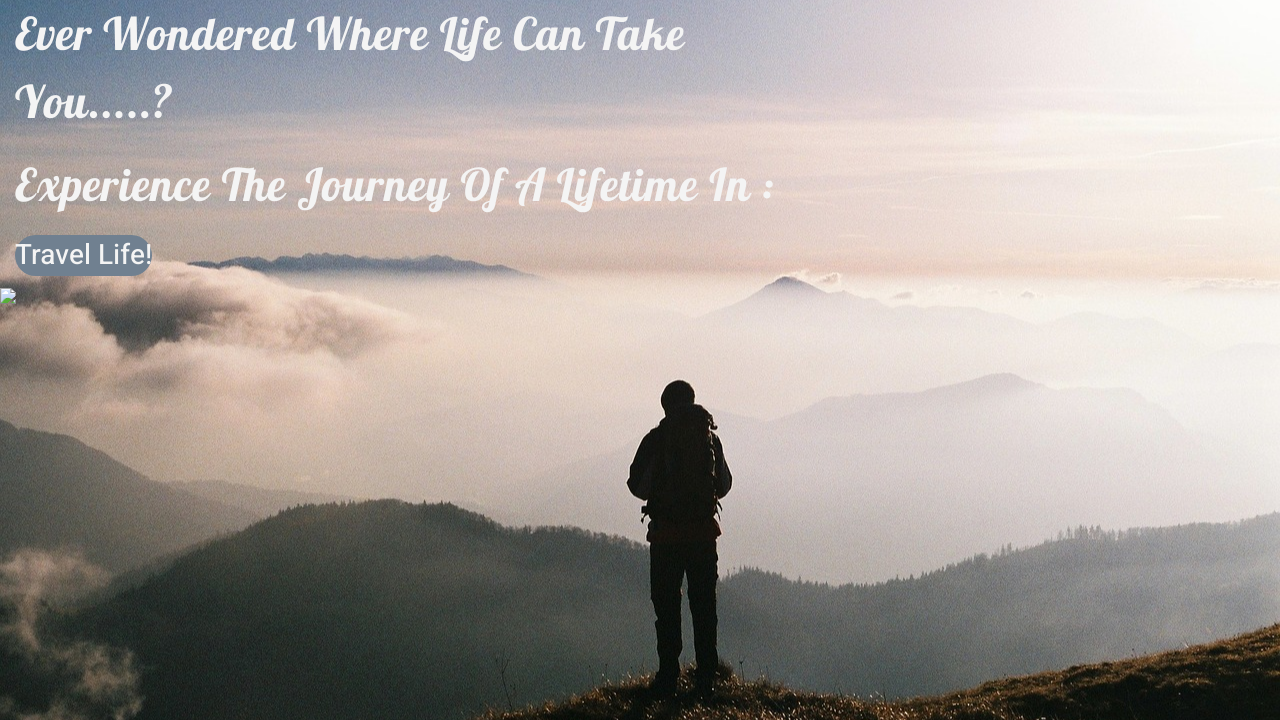
Repository: Code-Institute-Submissions/Travel-Life
Page: index.html
The author's editor kept a record of every edit. The page is drawn from the files as they stood at one moment, then again after the next edit.
The browser window is 1280 px wide. The pictures show the whole page.

Above is the page before.
Not found: assets/images/nepal.jpg

### index.html
<!DOCTYPE html>
<html lang="en">

<head>
    <meta charset="UTF-8">
    <meta name="viewport" content="width=device-width, initial-scale=1.0">
    <meta http-equiv="X-UA-Compatible" content="ie=edge">
    <link rel="stylesheet" href="https://stackpath.bootstrapcdn.com/bootstrap/4.4.1/css/bootstrap.min.css" integrity="sha384-Vkoo8x4CGsO3+Hhxv8T/Q5PaXtkKtu6ug5TOeNV6gBiFeWPGFN9MuhOf23Q9Ifjh" crossorigin="anonymous">
    <link href="https://stackpath.bootstrapcdn.com/font-awesome/4.7.0/css/font-awesome.min.css" rel="stylesheet" integrity="sha384-wvfXpqpZZVQGK6TAh5PVlGOfQNHSoD2xbE+QkPxCAFlNEevoEH3Sl0sibVcOQVnN" crossorigin="anonymous">
    <link rel="stylesheet" href="assets/css/style.css" type="text/css" />
    <title>Travel Life</title </head>

    <body>
        <header class="container-fluid">
            <div class="row">
                <div class="col-md-8">
                    <p class="capitalize">Ever wondered where life can  take you.....?</p>
                    <p class="capitalize">experience the journey of a lifetime in : <a href=""><span class="title"><h3>Travel Life!</h3></span></a></p>
                </div>
                <div class="col-md-8">
                    <div class="row ">
                        <img src="./assets/images/nepal.jpg"></img>
                    </div>
                </div>
        </header>
        </div>
        <script src="https://code.jquery.com/jquery-3.4.1.slim.min.js" integrity="sha384-J6qa4849blE2+poT4WnyKhv5vZF5SrPo0iEjwBvKU7imGFAV0wwj1yYfoRSJoZ+n" crossorigin="anonymous"></script>
        <script src="https://cdn.jsdelivr.net/npm/popper.js@1.16.0/dist/umd/popper.min.js" integrity="sha384-Q6E9RHvbIyZFJoft+2mJbHaEWldlvI9IOYy5n3zV9zzTtmI3UksdQRVvoxMfooAo" crossorigin="anonymous"></script>
        <script src="https://stackpath.bootstrapcdn.com/bootstrap/4.4.1/js/bootstrap.min.js" integrity="sha384-wfSDF2E50Y2D1uUdj0O3uMBJnjuUD4Ih7YwaYd1iqfktj0Uod8GCExl3Og8ifwB6" crossorigin="anonymous"></script>
    </body>

</html>

### assets/css/style.css
@import url('https://fonts.googleapis.com/css?family=Heebo:400,500,700|Lobster&display=swap');

.capitalize {
    text-transform: capitalize;
}


html,
body {
    padding-top: 50px;
    background: url("../images/mountain.jpg");
    background-position: center;
    background-repeat: no-repeat;
    background-size: cover;
    min-height: 400px;
    transition: all .5s ease-in-out;
    -moz-transition: all .5s ease-in-out;
    -webkit-transition: all .5s ease-in-out;
    height: 100%;
    margin: 0;
    padding: 0;
}


p {

    font-family: "Lobster", cursive;
    font-weight: 400;
    letter-spacing: 1px;
    font-size: 45px;
    color: #f4f4f4;
}

a {
    font-family: "Heebo", sans-serif;
    color: #f4f4f4;
    background-color: #708090;
    border-radius: 120px;
}

a:hover {
    text-decoration: none;
    background-color: #f4f4f4;
    color: #708090;
}

#map {
    min-height: 100%;
    width: 200px;
    background-color: red;
}

After the next edit:
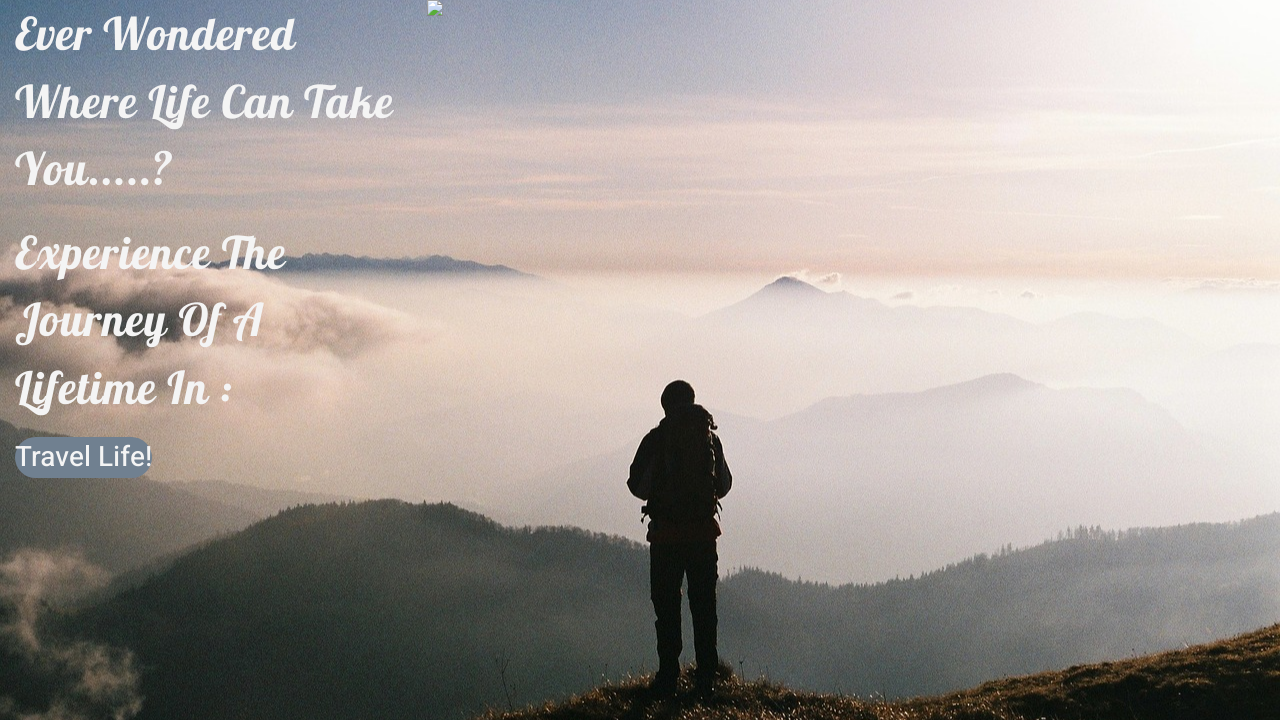
The edit:
--- a/index.html
+++ b/index.html
@@ -13,7 +13,7 @@
     <body>
         <header class="container-fluid">
             <div class="row">
-                <div class="col-md-8">
+                <div class="col-md-4">
                     <p class="capitalize">Ever wondered where life can  take you.....?</p>
                     <p class="capitalize">experience the journey of a lifetime in : <a href=""><span class="title"><h3>Travel Life!</h3></span></a></p>
                 </div>
